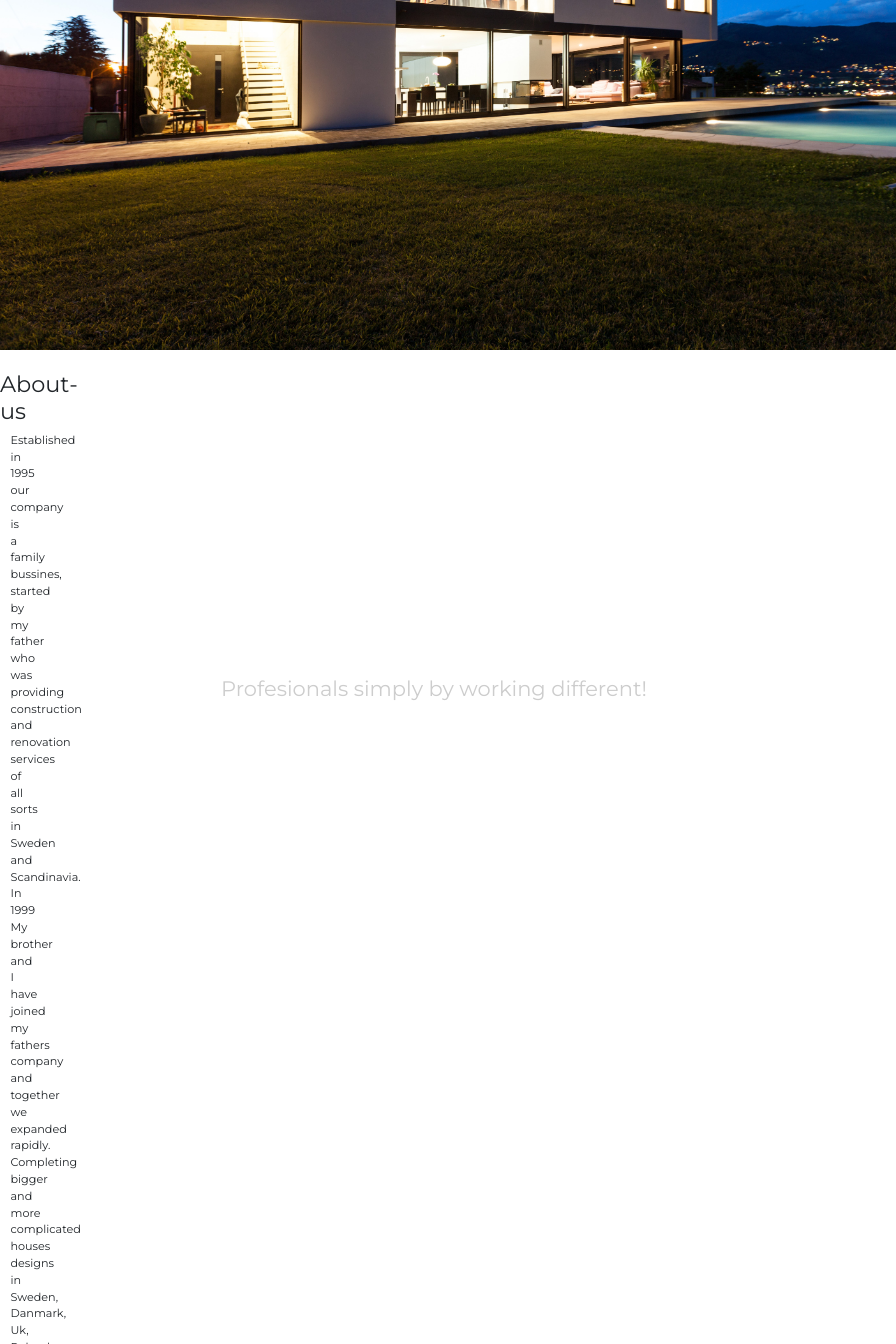
Repository: Bartie1982/milestone-project-1
Page: index.html
The author's editor kept a record of every edit. The page is drawn from the files as they stood at one moment, then again after the next edit.
The browser window is 1280 px wide. The pictures show the part of the page from y = 350 to 2270 px (the page is 5295 px tall), at 70% of full size.

Above is the page before.

### index.html
<!DOCTYPE html>
<html lang="en">

<head>
    <meta charset="UTF-8">
    <meta name="viewport" content="width=device-width, initial-scale=1.0">
    <meta http-equiv="X-UA-Compatible" content="ie=edge">
    <link rel="stylesheet" href="https://stackpath.bootstrapcdn.com/bootstrap/4.3.1/css/bootstrap.min.css" type="text/css" />
    <link rel="stylesheet" href="https://stackpath.bootstrapcdn.com/font-awesome/4.7.0/css/font-awesome.min.css" type="text/css" />
    <link rel="stylesheet" href="assets/css/style.css" type="text/css" />
    <title>BsBygg</title>
</head>

<body>
    <header>
        <div class="container-fluid">
            <div class="row">
                    <div class="col-lg-12 col-md-12 col-xs-12 d-flex">
                        <a href="index.html">
                        <img class="img logo sticky-top" src="./assets/images/logo1.png" alt="Bs.bygg">
                        </a>
                        <nav class="navbar navbar-expand-xl navbar-dark">
                            <a class="navbar-brand" href="index.html">Bs bygg</a>
                                <button class="navbar-toggler" type="button" data-toggle="collapse" data-target="#navbarNav" aria-controls="navbarNav" aria-expanded="false" aria-label="Toggle navigation">
                                     <span class="navbar-toggler-icon"></span>
                                </button>
                                <div class="collapse navbar-collapse" id="navbarNav">
                                    <ul class="navbar-nav">
                                        <li class="nav-item">
                                            <a class="nav-link" href="#about-us">About us</a>
                                        </li>
                                        <li class="nav-item">
                                            <a class="nav-link" href="#our-jobs">Our jobs</a>
                                        </li>
                                        <li class="nav-item">
                                            <a class="nav-link" href="#our-fundamentals">Our fundamentals</a>
                                        </li>
                                        <li class="nav-item">
                                            <a class="nav-link" href="#testimonials">Testimonials</a>
                                        </li>
                                        <li class="nav-item">
                                            <a class="nav-link" href="#contact">Contact</a>
                                        </li>
                                    </ul>
                                </div>
                        </nav>
                    </div>
            </div>
        </div>
            <div class="h-75 d-inline-block col-lg-12 col-xs-12 d-flex justify-content-center quote">
                        <p class="align-self-end">Profesionals simply by working different!</p>
            </div>
    </header>

    <section>
        <div class="d-flex justify-content-center" id="about-us">
            <div class="col-md-8 about-us">
                <h2>About-us</h2>

                <p class="col-md-12 text-space">Established in 1995 our company is a family bussines,
                started by my father who was providing construction and renovation services of all sorts in Sweden and Scandinavia.
                In 1999 My brother and I have joined my fathers company and together we expanded rapidly.
                Completing bigger and more complicated houses designs in Sweden, Danmark, Uk, Poland and Canada over time  we were growing and evolving to get framing and construction projects ahead simultaneously remaning in renovation business.
                We are a highly-qualified profesional construction and renovation team, with over forty years of experience in building field known for our service quality as well as time of completing our projects.
                </p>

            </div>
        </div>

        <div class="row">
            <div class="col-md-12 h-line4">
                <hr>
            </div>
        </div>

    </section>
    <section>
        <div class="row" id="our-jobs">
            <div class="col-md-12 Our-jobs">
                <h2>Our jobs</h2>
                    <div class="row d-flex justify-content-around">
                        <div class="col-sm-12 col-md-12 col-lg-4">
                            <div class="polaroid">
                        <img src="./assets/images/balsta-light.jpg" alt="Full framing" style="width:100%">
                             <div class="container p">
                             <p>Full framing</p>
                             </div>
                       </div>
                        </div>
                        <div class="col-sm-12 col-md-12 col-lg-4">
                            <div class="polaroid">
                        <img src="./assets/images/akersberga-ed.jpg" alt="Extensions" style="width:100%">
                             <div class="container p">
                             <p>Extensions</p>
                             </div>
                       </div>
                        </div>
                        <div class="col-sm-12 col-md-12 col-lg-4">
                            <div class="polaroid">
                        <img src="./assets/images/tak-arbetet-ed.jpg" alt="Roofing" style="width:100%">
                             <div class="container p">
                             <p>Roofing</p>
                         </div>
                        </div>
                    </div>
                </div>
            </div>
        </div>
    </section>
    <section>
        <div class="row">
            <div class="col-md-12 h-line3">
                <hr>
            </div>
        </div>
        <div class="row d-flex justify-content-center" id="our-fundamentals">
            <div class="col-md-8 our-fundamentals">
                <h2>Our fundamentals</h2>

                <p class="col-md-12 text-space">We are proud to present our philosophy and style created by years of experience as well as different locations of our services.
                Implementing  Canadian remarkable approach of extreme organisation and management.
                Combining with Polish work productivity and Scandinavian precision makes us known for high quality services simultaneously reducing times and costs.
                Naturally learning of all kinds of materials and techniques used in different countries while providing our services, generates a lot more knowledge used in building process than other companies. Offering even more
                cost reduction and increasing profitability for our clients.
                </p>
            </div>
        </div>

        <div class="row">
            <div class="col-md-12 h-line4">
                <hr>
            </div>
        </div>
    </section>
    <section>
        <div class="row" id="testimonials">
            <div class="col-md-12 Testimonials">
                <h2>Testimonials</h2>
                    <div class="row people d-flex justify-content-around">
                        <div class="col-sm-12 col-md-4 person">
                            <img class="img-fluid" src="./assets/images/Face 6.jpg" alt="Peter">
                            <p class="text-space"><i>"It's verry professional company with services worth recomending to everyone."</i><br><b>PETER</b></p>
                        </div>
                        <div class="col-sm-12 col-md-4 person">
                            <img class="img-fluid" src="./assets/images/Face 4.jpg" alt="Henrik">
                            <p class="text-space"><i>"Very good prepared and colaborative, I could see right away I have been hired profesionals."</i><br><b>HENRIK</b></p>
                        </div>
                        <div class="col-sm-12 col-md-4 person">
                            <img class="img-fluid" src="./assets/images/Face 7.jpg" alt="Frida">
                            <p class="text-space">"<i>Work was well planed, well orginased and definetly quick and clean."</i><br><b>FRIDA</b></p>
                        </div>
                    </div>
            </div>
                <div class="row">
                    <div class="col-md-12 h-line4">
                        <hr>
                    </div>
                </div>
    </section>
    <footer class="container-fluid" id="contact">
        <div class="row">
                <div class="col-lg-6 col-md-6 col-sm-12 mx-auto">
                    <h4 class="general-sub w-50 mx-auto">Contact</h4>

                        <div class="w-50 mx-auto">
                            <div>
                            <p><b>Email:</b> contact@bsbygg.com</p>
                            </div>
                            <div>
                            <p><b>Mobile:</b> 0704645042 </p>
                            </div>
                            <div>
                            <p><b>Adress:</b> Petersbergsvagen 5 <br>185 34 Vaxholm</p>
                        </div>
                </div>
        </div>
            <div class="col-lg-6 col-md-6 col-sm-12 social mx-auto">
                <h4 class="general-sub w-50 mx-auto">Social</h4>
                <ul class="list-inline social-links w-50 mx-auto">
                <li class="list-inline-item">
                    <a target="_blank" href="https://www.linkedin.com/">
                        <i class="fa fa-linkedin" aria-hidden="true"></i>
                        <span class="sr-only">Linkedin</span>
                    </a>
                </li>

                <li class="list-inline-item">
                    <a target="_blank" href="https://www.facebook.com/">
                        <i class="fa fa-facebook" aria-hidden="true"></i>
                        <span class="sr-only">Facebook</span>
                    </a>

                </li>
                <li class="list-inline-item">
                    <a target="_blank" href="https://www.pinterest.com/">
                        <i class="fa fa-pinterest" aria-hidden="true"></i>
                        <span class="sr-only">Pinterest</span>
                    </a>
                </li>
                <li class="list-inline-item">
                    <a target="_blank" href="https://www.instagram.com/">
                        <i class="fa fa-instagram" aria-hidden="true"></i>
                        <span class="sr-only">Instagram</span>
                    </a>
                </li>

                </ul>
            </div>
        </div>
        <div class="d-flex justify-content-center">
            <p class="">All rights reserved  Bartosz Szkaradzinski 2020</p>
        </div>
    </footer>
</body>

</html>

### assets/css/style.css
@import url('https://fonts.googleapis.com/css?family=Montserrat&display=swap:100,200,300,400,500,600,700|Exo:100,200,300,400,500,600,700');


/*----------------------------------------------Colours*/
.bg-color-name-title {
      color: #000234;
}



/*----------------------------------------------Heading*/

html, body {
    width: 100vw;
    overflow-x: hidden;
    overflow-y: auto;
}

header {
    margin: 0;
    background: url("../images/Villa1.jpg");
    background-repeat: no-repeat;
    background-size: cover;
    height: 850px;

}

.logo {
    float: right;
    background-repeat: no-repeat;
    background-size: 30px;
    min-height: 20px;
    height: 50px;
    margin-top: 20px;
    margin-right: 10px;

}

.navbar {
    margin-top: 13px;
    margin-left: 60px;
}

.navbar-dark {
    position: relative;
    font-size: 22px;

}

.navbar-brand {
    margin-bottom: 8px;
    font-size: 25px;

}

.quote {
    float: right;
    margin-top: 650px;
    margin-left: auto;
    margin-right: 20px;
    color: #cdcdcd;
    font-family: "Exo", Montserrat;
    font-weight: 100;
    font-size: 30px;

}


/*----------------------------------------------About us*/

.about-us {

    font-family: "Exo", Montserrat;
    margin-top: 30px;
    text-align: center;
    min-height: 300px;

}

/*----------------------------------------------Our fundamentals*/



.our-fundamentals {
    font-family: "Exo", Montserrat;
    margin-top: 30px;
    text-align: center;
    min-height: 300px;
}




/*----------------------------------------------Our jobs*/

.polaroid {
  width: 250px;
  box-shadow: 0 4px 8px 0 rgba(0, 0, 0, 0.2), 0 6px 20px 0 rgba(0, 0, 0, 0.19);
  text-align: center;
  margin: 30px auto 30px auto;

}

.Our-jobs {
    font-family: "Exo", Montserrat;
    margin-top: 30px;
    text-align: center;
    min-height: 300px;

}


/*----------------------------------------------Testimonials*/

.container p {
  padding: 25px;
}
.people {
    margin-top:20px;
    margin-bottom: 40px;
}
.person {

    height: inherit;
    margin-bottom: 30px;
}
.person img {
    width: 50%;
    margin-left: auto;
    margin-right: auto;
}
.person p {
    padding-left: 30px;
    padding-right: 30px;
}


.name {
    font-family: "Exo", Montserrat;
    background-position: center;
    margin-top: 50px;
    font-weight: 100;
    min-height: 100px;
    font-size: 46px;
    color: #fff;

}

.Testimonials {
    font-family: "Exo", Montserrat;
    margin-top: 30px;
    text-align: center;
    min-height: 300px;

}

/*----------------------------------------------Spacers/lines/margins/paddings/text */

h1,
h2,
h3,
h4 {
       margin: 0;
}



hr {
    background-color: grey;
    height: 1px;
    border: 0; }

.h-line3 {
    margin-top: 0;

}

.h-line4 {
    margin-top: 1%;
}

.text-space {
    margin-top: 10px;
    margin-bottom: 10px;
}

.general-sub {
    margin-top: 20px;
    margin-bottom: 10px;
    color: #fafafa;
    font-family: "Exo", Montserrat;
    font-weight: 300;

}

.inline-block {
    display: inline-block;

}

/*----------------------------------------------Footer*/

footer {
    background-color: #525252;
    color: #fafafa;
    min-height: 240px;
}

.contact {
    margin-left: auto;
    margin-right: auto;

}

.quote-pdf i {
    font-size: 20px;
    color: #fafafa;
    text-align: center;
    padding-left: 8px;
    transition: all 0.45s ease-in;
    -moz-transition: all 0.45s ease-in;
    -webkit-transition: all 0.45s ease-in;
    -o-transition: all 0.45s ease-in;
}

.quote-pdf i:hover {
    color: #40A8AF;

}
.social {
     margin-right: auto;
     margin-left: auto;
}

.social-links li a i {
    width: 30px;
    height:30px;
    padding: 15px;
    border-radius: 15%;
    font-size: 15px;
    line-height: 10px;
    text-align: center;
    color: #fafafa;
    background: #8f8f8f;
    transition: all 0.35s ease-in;
    -moz-transition: all 0.35s ease-in;
    -webkit-transition: all 0.35s ease-in;
    -o-transition: all 0.35s ease-in;
}

.social-links li a i:hover {
    background: #40A8AF;
}

After the next edit:
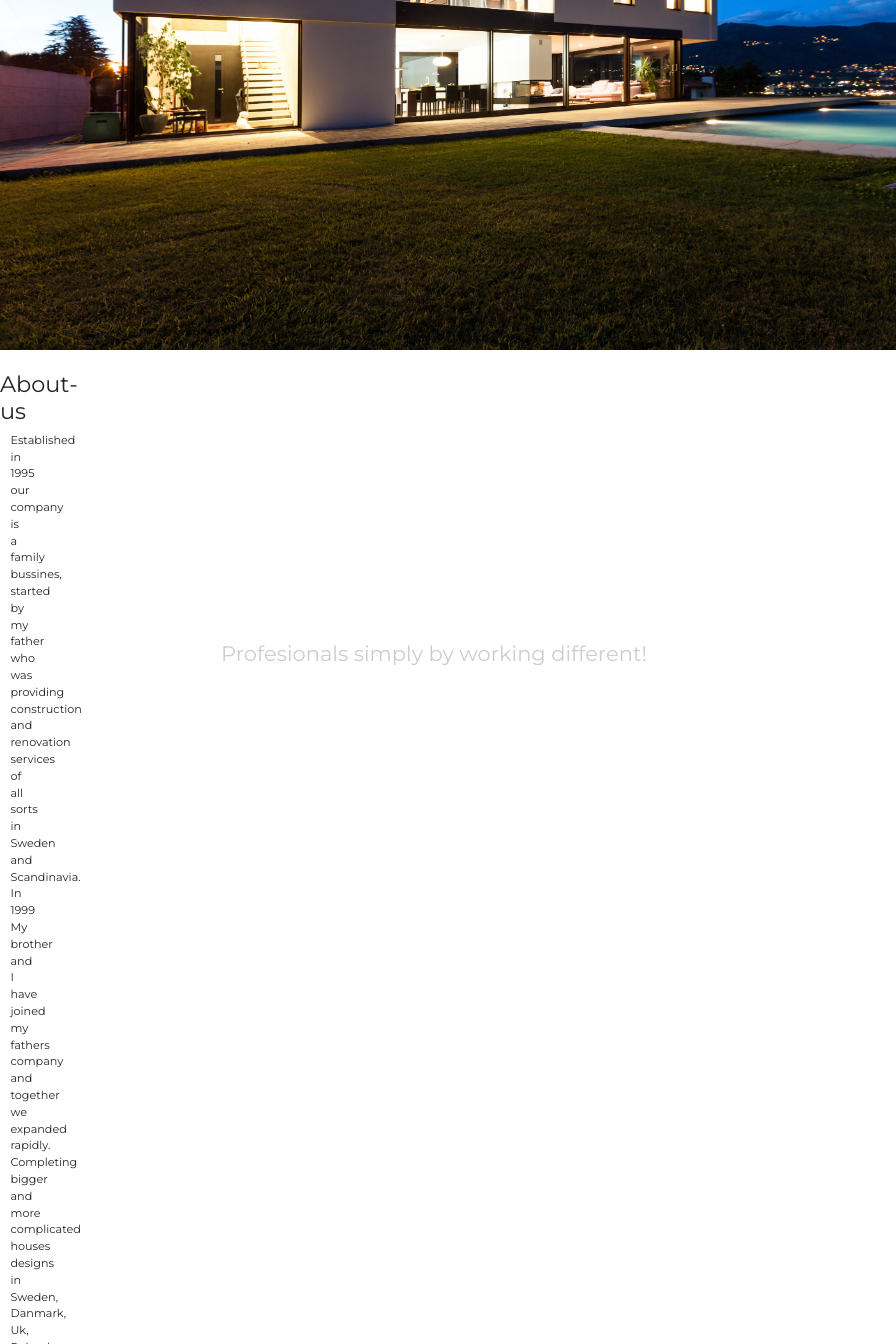
The edit:
--- a/assets/css/style.css
+++ b/assets/css/style.css
@@ -55,7 +55,7 @@
 
 .quote {
     float: right;
-    margin-top: 650px;
+    margin-top: 600px;
     margin-left: auto;
     margin-right: 20px;
     color: #cdcdcd;
